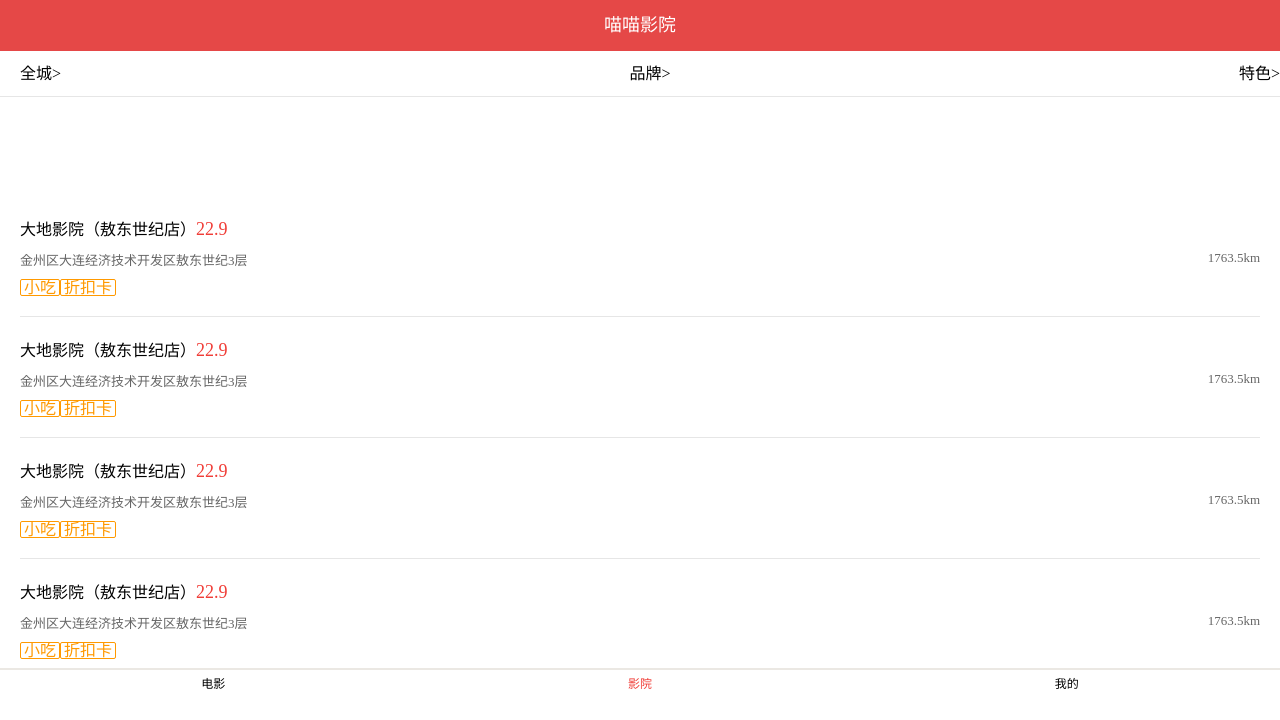
Repository: X-J-0/miaomiao_film
Page: /cinema (app in miaomiao/)
The author's editor kept a copy of each file at every save. The page is drawn from the files as they stood at one save, then again after the next save.
The browser window is 1280 px wide. The pictures show the whole page.
The project was rebuilt for these pictures with package versions that can differ from the ones it lists, and the page was loaded fresh each time. Also part of the build but not shown: miaomiao/src/components/Allocate/index.vue. Imported but missing from the stored project, and not drawn on this page: miaomiao/src/components/Brand, miaomiao/src/components/Special.

Above is the page before, as saved 2020-03-24 19:53:36.

After the next save:
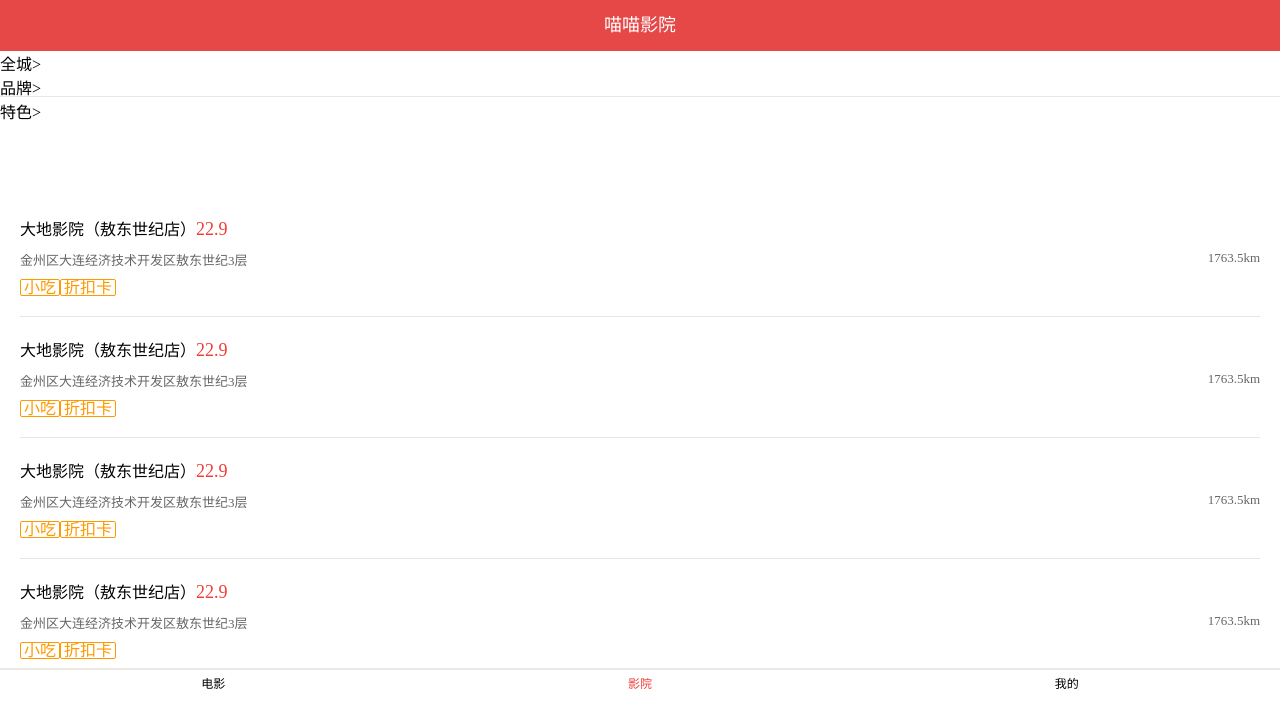
Saved 5 min 13 s later.
--- a/miaomiao/src/views/Cinema/index.vue
+++ b/miaomiao/src/views/Cinema/index.vue
@@ -40,9 +40,5 @@ export default {
 </script>
 
 <style scoped>
-  #content{flex:1;overflow:auto;margin-bottom:50px;position: relative;display:flex;flex-direction: column;}
-  #content .cinema_menu{width:100%;height:45px;border-bottom:1px solid #e6e6e6;display: flex;justify-content: space-between;}
-  .cinema_menu li{margin-left:20px;height:100%;line-height:45px;}
-  .cinema_menu li.active{color:#ef4238;border-bottom:2px #ef4238 solid;}
-  .cinema_menu li.router-link-active{color:#ef4238;border-bottom:2px #ef4238 solid;}
+#content .cinema_menu{width:100%;height:45px;border-bottom:1px solid #e6e6e6;diaplay:flex;justify-content:space-around;align-items: center;background-color: #fff; ;}
 </style>
